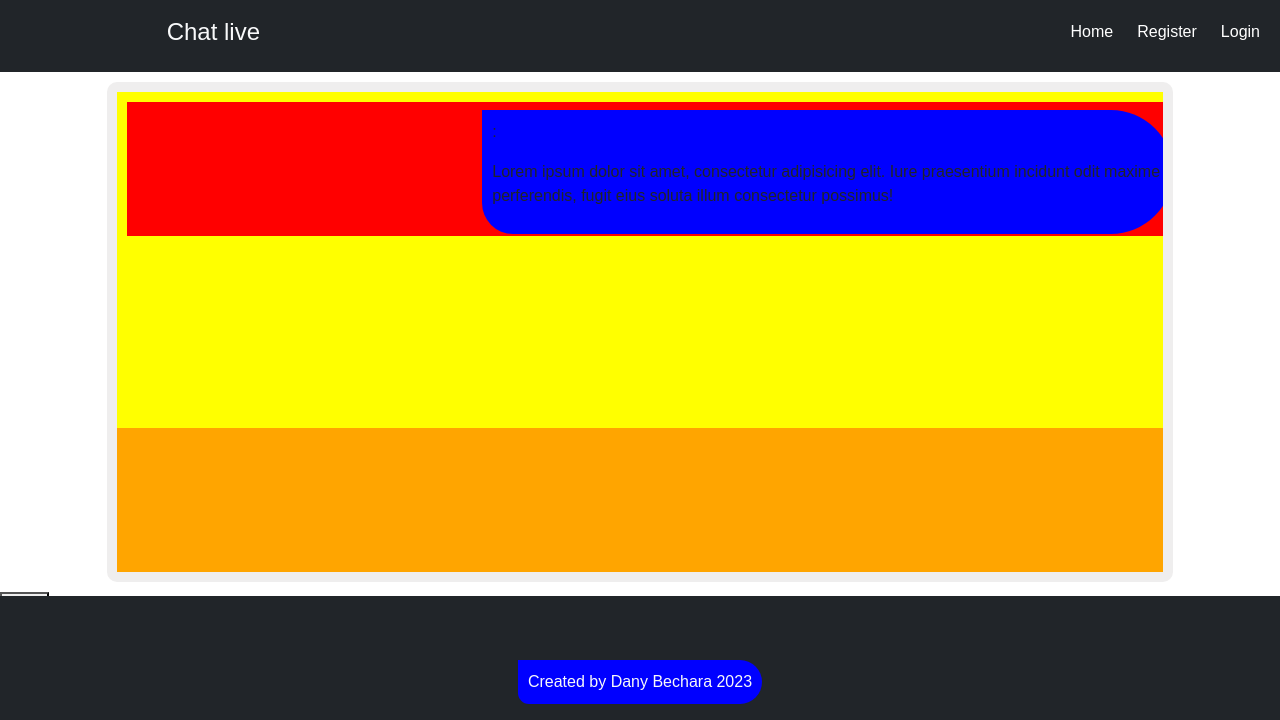
Repository: bechara611/chatv2
Page: /chat
The author's editor kept a copy of each file at every save. The page is drawn from the files as they stood at one save, then again after the next save.
The browser window is 1280 px wide. The pictures show the whole page.
The page's requests for data from a server got no answer. The project was rebuilt for these pictures with package versions that can differ from the ones it lists, and the page was loaded fresh each time. Some packages were replaced by stand-ins written for this rebuild. No one was signed in, and anything a server would have sent is missing. Also part of the build but not shown: src/hooks/useForm.jsx, src/api/Instance.jsx, src/auth/hooks/useAuth.jsx, src/auth/components/login.jsx, src/auth/components/register.jsx, src/ui/components/Home.jsx, src/App.css.

Above is the page before, as saved 2023-03-15 17:15:42.

After the next save:
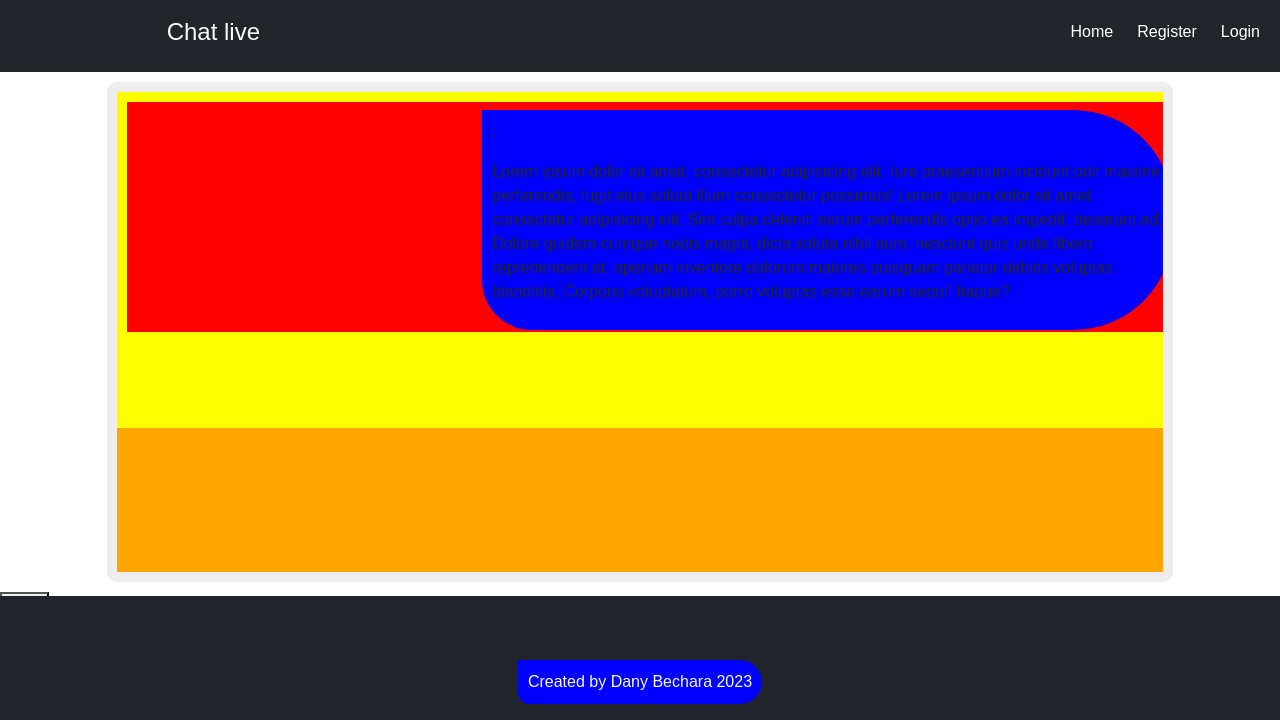
Saved 17 s later.
--- a/src/chat/components/Mensaje.jsx
+++ b/src/chat/components/Mensaje.jsx
@@ -8,7 +8,7 @@ export const Mensaje = ({ mensaje, background }) => {
                     <div className="col-12">
 
                         <p>{mensaje.name}:</p>
-                        <p>{mensaje.mensaje} Lorem ipsum dolor sit amet, consectetur adipisicing elit. Iure praesentium incidunt odit maxime perferendis, fugit eius soluta illum consectetur possimus!</p>
+                        <p>{mensaje.mensaje} Lorem ipsum dolor sit amet, consectetur adipisicing elit. Iure praesentium incidunt odit maxime perferendis, fugit eius soluta illum consectetur possimus! Lorem ipsum dolor sit amet consectetur adipisicing elit. Sint culpa deleniti earum perferendis optio ea impedit, deserunt ad. Dolore quidem cumque nobis magni, dicta soluta nihil eum, nesciunt quis unde libero reprehenderit et, aperiam inventore dolorum maiores quisquam pariatur debitis voluptas blanditiis. Corporis voluptatum, porro voluptas esse earum sequi! Itaque?</p>
                     </div>
                 </div>
             </div>
